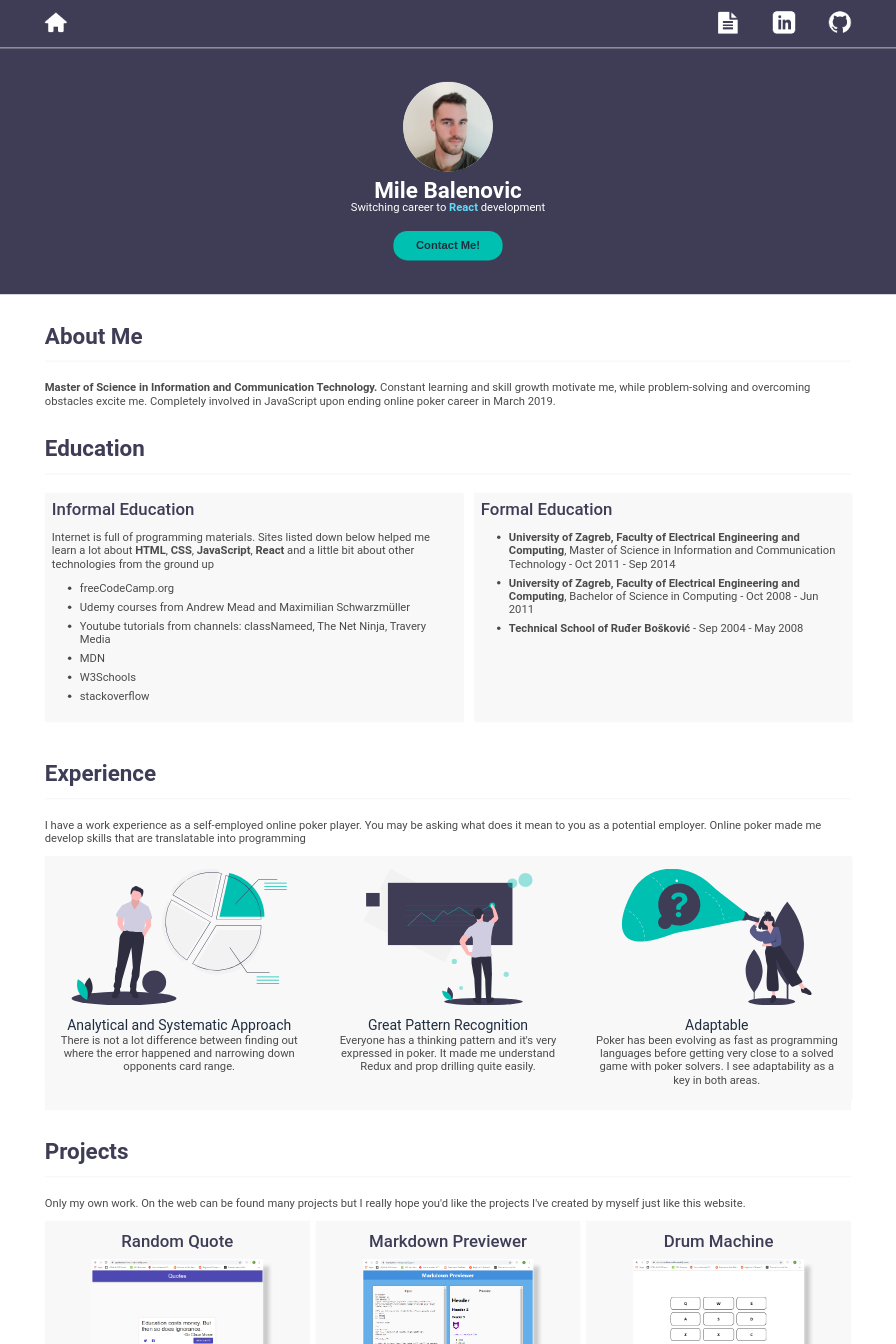
Repository: milac0/my-website
Page: /
An editor plug-in stored every save of this project. The page is shown before and after the next save, followed by the edit.
The browser window is 1280 px wide. The pictures show the part of the page from y = 0 to 1920 px (the page is 2849 px tall), at 70% of full size.
The project was rebuilt for these pictures with package versions that can differ from the ones it lists, and the page was loaded fresh each time. Also part of the build but not shown: src/components/formContact.module.css, src/components/FormContact.js, src/pages/contact.module.css, src/pages/Contact.js. Imported but missing from the stored project, and not drawn on this page: src/resume.pdf.

Above is the page before, as saved 2019-10-31 13:01:36.

After the next save:
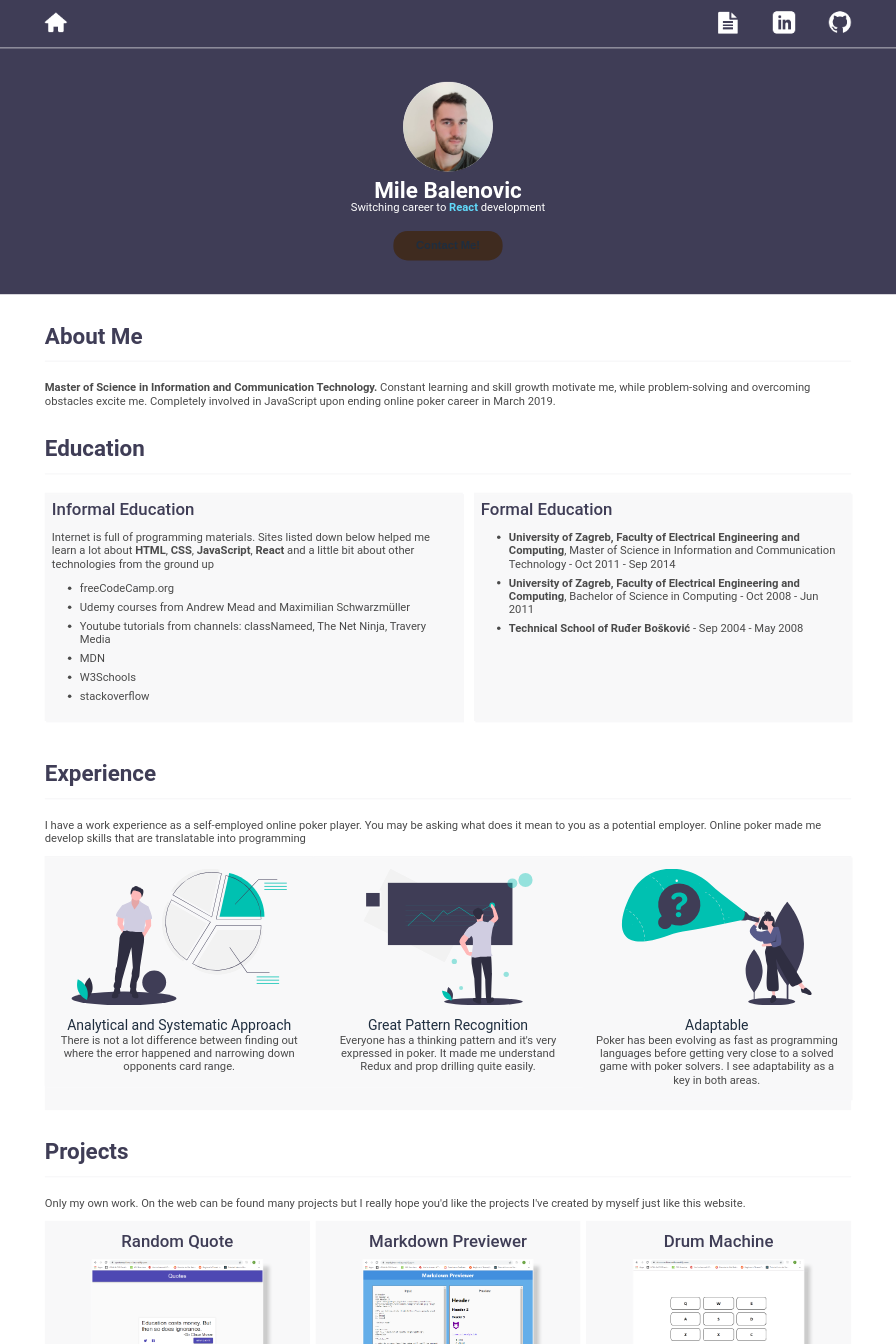
Saved 2 h 27 min later.
--- a/src/index.css
+++ b/src/index.css
@@ -87,7 +87,7 @@ nav ul {
 
 .button-cta,
 .button-home {
-  background: #00C1B1;
+  background: #3f2b1f;
   color: #1f2e3f;
   padding: 0.75em 2em;
   border: none;
